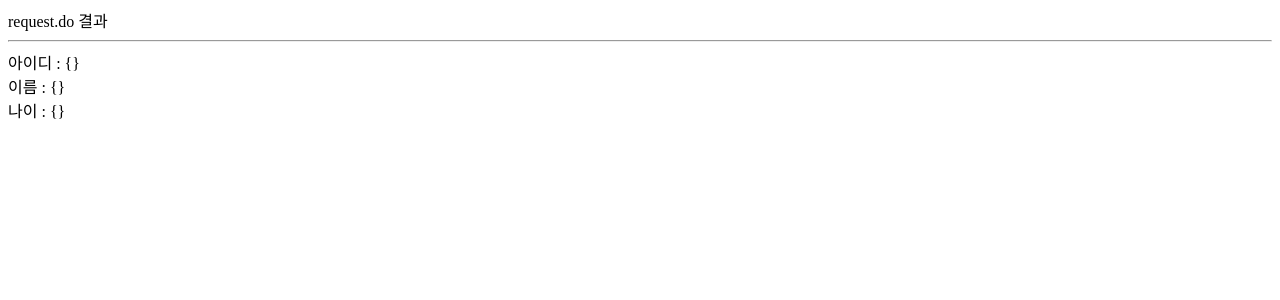
Repository: MinGyungJu/Springweb
Page: http://localhost/fSpringMVC/re/request.do
An editor plug-in stored every save of this project. The page is shown before and after the next save, followed by the edit.
The browser window is 1280 px wide. The pictures show the whole page.
The page is served by Tomcat 9. Other server files are loaded and not shown.

Above is the page before, as saved 2022-11-10 06:33:13.

### fSpringMVC/src/main/webapp/WEB-INF/views/re/request.jsp
<%@ page language="java" contentType="text/html; charset=UTF-8"
    pageEncoding="UTF-8"%>
<!DOCTYPE html>
<html>
<head>
<meta charset="UTF-8">
<title>Insert title here</title>
</head>
<body>

request.do 결과 <hr/>

아이디 : ${param} <br/>
이름 : ${param} <br/>
나이 : ${param} <br/>


</body>
</html>

After the next save:
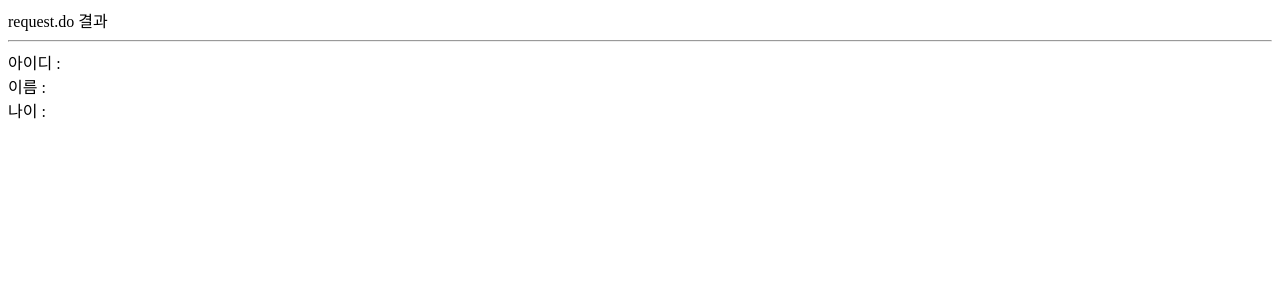
Saved 31 s later.
--- a/fSpringMVC/src/main/webapp/WEB-INF/views/re/request.jsp
+++ b/fSpringMVC/src/main/webapp/WEB-INF/views/re/request.jsp
@@ -10,9 +10,9 @@
 
 request.do 결과 <hr/>
 
-아이디 : ${param} <br/>
-이름 : ${param} <br/>
-나이 : ${param} <br/>
+아이디 : ${param.id} <br/>
+이름 : ${param.name} <br/>
+나이 : ${param.age} <br/>
 
 
 </body>
